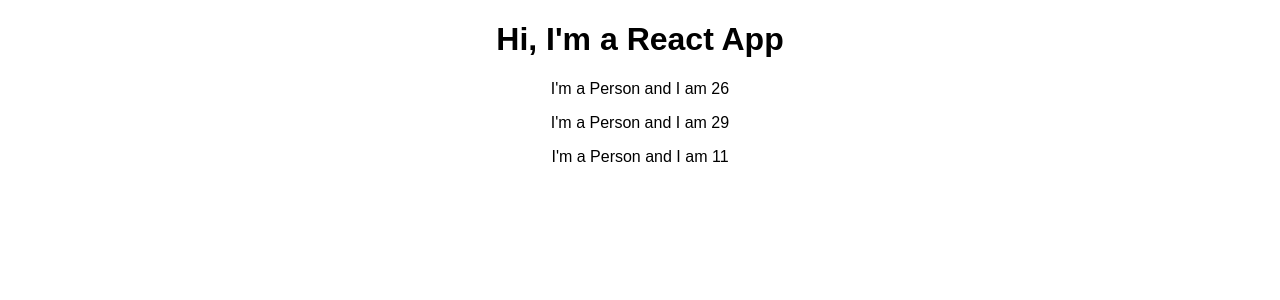
Repository: MuathYHKefayah/React-Basics
Page: /
An editor plug-in stored every save of this project. The page is shown before and after the next save, followed by the edit.
The browser window is 1280 px wide. The pictures show the whole page.
The project was rebuilt for these pictures with package versions that can differ from the ones it lists, and the page was loaded fresh each time.

Above is the page before, as saved 2020-12-10 11:15:06.

### src/App.js
import React, { Component } from 'react';
import './App.css';
import Person from './Person/Person';

class App extends Component {
  render() {
    return (
      // jsx \\ write html code in js file
      <div className="App">
        <h1>Hi, I'm a React App </h1>
        <Person />
        <Person />
        <Person />
      </div>
    );
    //return React.createElement('div', {className: 'App'} , React.createElement('h1', null , 'Hi, I\'m a React App !!!' ))
  }
}

export default App;

### src/Person/Person.js
import React from 'react';

const person = () => {
return <p>I'm a Person and I am {Math.floor(Math.random()* 30)}</p>
};

export default person;

Loaded but not shown: public/index.html (common file); src/index.js (common file); src/index.css (common file); src/registerServiceWorker.js (common file); src/App.css (common file)

After the next save:
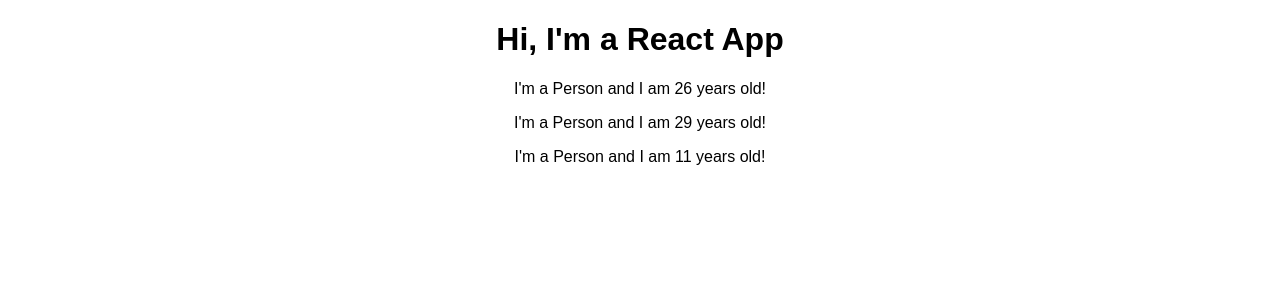
Saved 18 s later.
--- a/src/Person/Person.js
+++ b/src/Person/Person.js
@@ -1,7 +1,7 @@
 import React from 'react';
 
 const person = () => {
-return <p>I'm a Person and I am {Math.floor(Math.random()* 30)}</p>
+return <p>I'm a Person and I am {Math.floor(Math.random()* 30)} years old!</p>
 };
 
 export default person;
